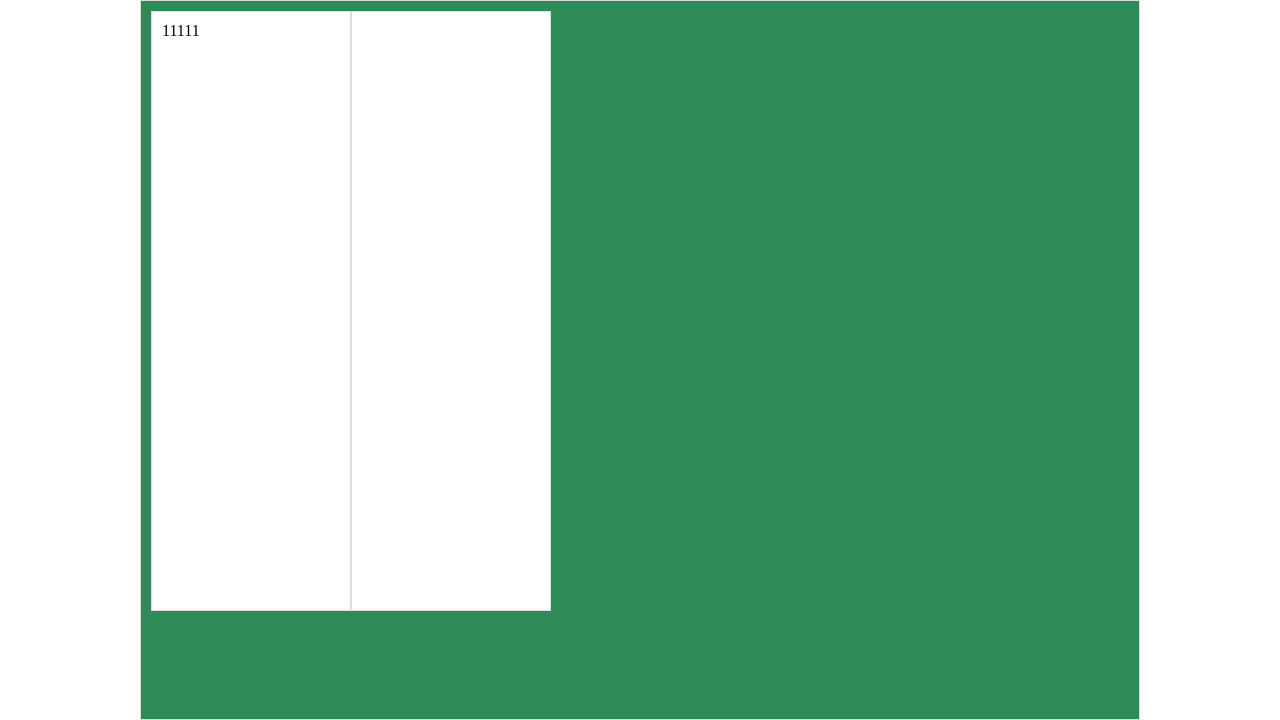
Repository: cw19931024/Demo
Page: drap.html
The author's editor kept a copy of each file at every save. The page is drawn from the files as they stood at one save, then again after the next save.
The browser window is 1280 px wide. The pictures show the whole page.

Above is the page before, as saved 2017-07-26 17:08:57.

After the next save:
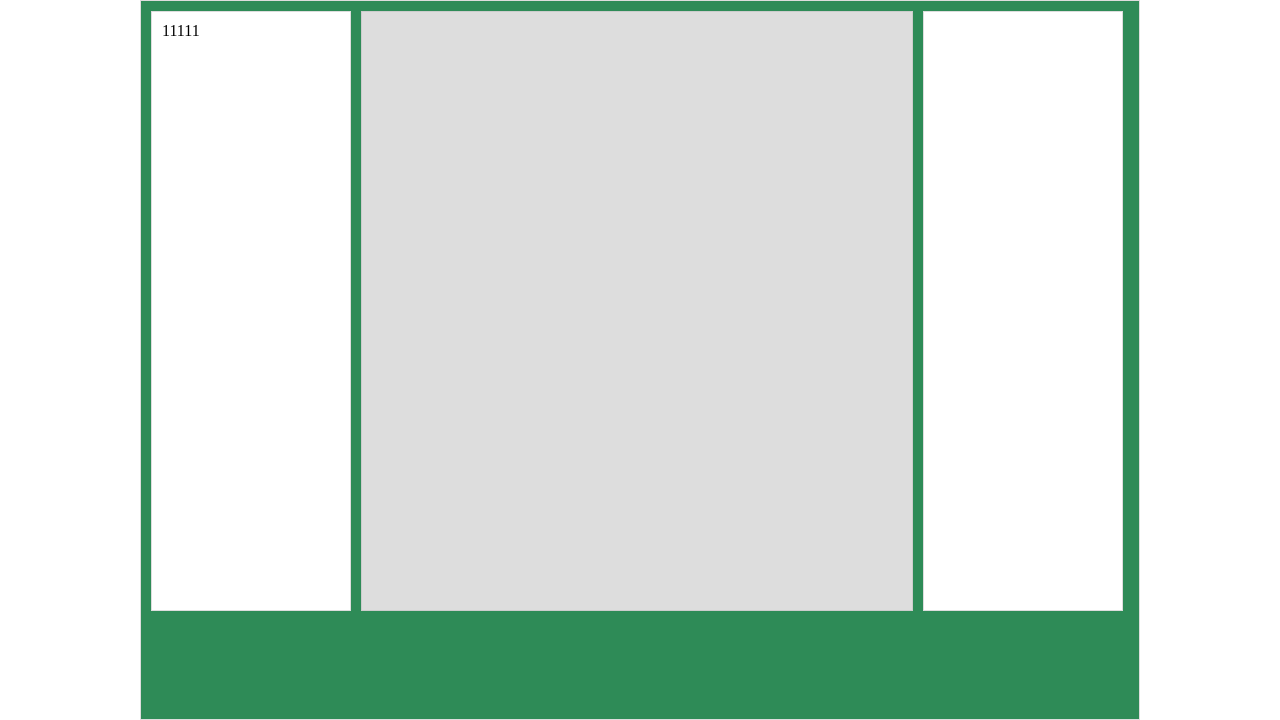
Saved 22 s later.
--- a/drap.html
+++ b/drap.html
@@ -53,7 +53,8 @@
             </div> -->
             <div class="inputDiv" id="input-header" draggable="true" ondragstart="drap(event)">11111</div>
         </div>
-        <!-- <div id="content" ondrop="drop(event)" ondragover="allowDrop(event)"></div> -->
+         <!-- <div id="content" ondrop="drop(event)" ondragover="allowDrop(event)"></div>  -->
+          <div id="content"></div>
         <div class="input">
 
         </div>
